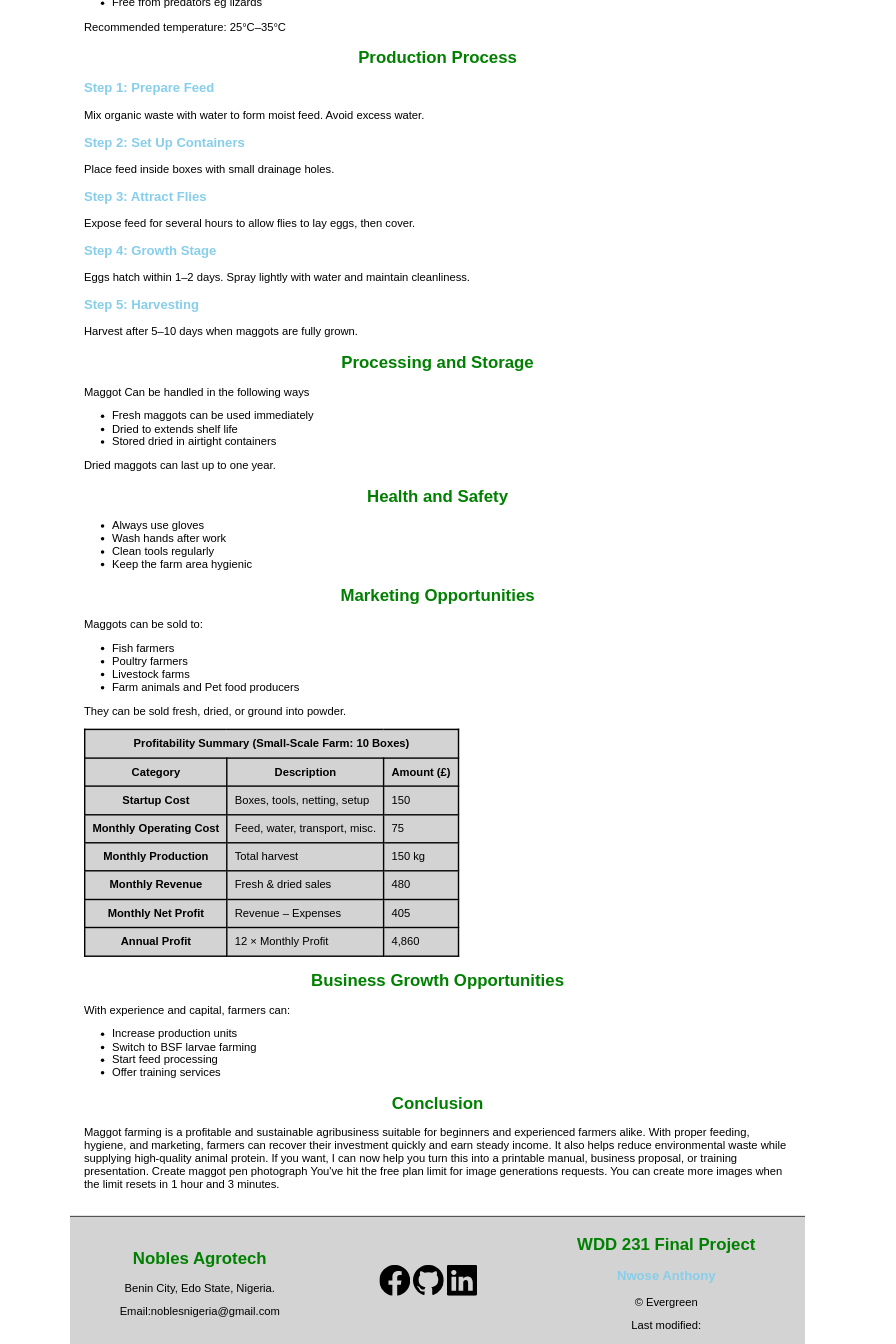
Repository: NoblesNigeria/articles
Page: maggot/index.html
These files come from the project's save history. The page is drawn as it stood at one moment and after the next save; the edit follows.
The browser window is 1280 px wide. The pictures show the part of the page from y = 1620 to 3540 px (the page is 3540 px tall before and 3499 px after), at 70% of full size.

Above is the page before, as saved 2026-02-23 11:39:14.
Console error: TypeError: Cannot read properties of null (reading 'addEventListener')

### maggot/index.html
<!DOCTYPE html>
<html lang="en">
<head>
    <meta charset="UTF-8">
    <meta name="viewport" content="width=device-width, initial-scale=1.0">
    <meta name="description" content="This is the business directory page for the Chamber of Commerce, We connect businesses and foster growth in our community.">
    <meta name="author" content="Nwose Anthony">
    <meta property="og:title" content="Evergreen Chamber of Commerce">
    <meta property="og:description" content="Evergreen Chamber of Commerce - Connecting Businesses, Fostering Growth">
    <meta property="og:image" content=" https://noblesnigeria.github.io/wdd231/chamber/images/image.jpg">
    <meta property="og:url" content=" https://noblesnigeria.github.io/chamber/directory.html">
    <link rel="stylesheet" href="styles/normalize.css">
    <link rel="stylesheet" href="styles/final-small.css">
    <link rel="stylesheet" href="styles/final-medium.css">
    <link rel="stylesheet" href="styles/final-large.css">
    <script src="scripts/final.js" defer></script>
    <link rel="icon" href="favicon.ico">
    <title>Nobles Agricultural Technology</title>
    <link rel="preconnect" href="https://fonts.googleapis.com">
    <link rel="preconnect" href="https://fonts.gstatic.com" crossorigin>
    <link href="https://fonts.googleapis.com/css2?family=Roboto:wght@100..900&display=swap" rel="stylesheet">
</head>
<body>
    <header>
        <img src="images/book.svg" alt="Chamber Logo">
        <span>Nobles Maggot Farm</span>
        <button id="ham-btn" class="hamburger"></button>
    </header>
    <nav id="navigation" class="navigate">
        <ul>
            <li><a href="https://noblesnigeria.github.io/articles/maggot/index.html">projects</a></li>
            <li><a href="https://noblesnigeria.github.io/articles/maggot/farm-galleries.html">Galleries</a></li>
        </ul>
    </nav>
    <main>
        <h1>A Complete Guide to Maggot Farming</h1>
        <h2>Introduction</h2>
        <p>Maggot farming is the practice of breeding fly larvae for use as animal feed, fishing bait, and organic protein supplements. It is widely used in fish and poultry farming because maggots grow fast, require little capital, and provide high nutritional value.

           With proper management, maggot farming can become a reliable source of income for small- and medium-scale farmers.</p>
        <h2>Benefits of Maggot Farming</h2>
        <p>There're lots of benefits in maggot farming.</p>
        <ul>
            <li>Low startup and operating cost</li>
            <li>Fast growth cycle (7–14 days)</li>
            <li>High market demand</li>
            <li>Environmentally friendly waste recycling</li>
            <li>High return on investment</li>
        </ul>
         <table class="nutrient">
            <thead>
                <tr>
                    <th colspan="3" id="clear">
                        Nutrient Composition of Dried Maggots (Per 1 kg)
                    </th>
                </tr>

                <tr id="card">
                    <th>Nutrient</th>
                    <th>Approximated Amount</th>
                    <th>Unit</th>
                </tr>
            </thead>
            <tbody>
                <tr>
                    <th>Energy</th>
                    <td>4,300 - 4,800</td>
                    <td>kcal</td>
                </tr>
                <tr>
                    <th>Crude protein</th>
                    <td>400 - 550</td>
                    <td>g</td>
                </tr>
                <tr>
                    <th>Crude fat</th>
                    <td>250 - 350</td>
                    <td>g</td>
                </tr>
                <tr>
                    <th>Carbohydrate</th>
                    <td>50 - 100</td>
                    <td>g</td>
                </tr>
                <tr>
                    <th>Fibre (chitin)</th>
                    <td>50 - 80</td>
                    <td>g</td>
                </tr>
                <tr>
                    <th>Ash (minerals)</th>
                    <td>40 - 60</td>
                    <td>g</td>
                </tr>
                <tr>
                    <th>Moisture</th>
                    <td>50 - 100</td>
                    <td>g</td>
                </tr>
            </tbody>
        </table>
        <h2>Common Types of Maggots</h2>
        <h3>Housefly Maggots</h3>
        <ul>
            <li>Easy to produce</li>
            <li>Suitable for beginners</li>
            <li>Fast reproduction</li>
        </ul>
        <h3>Black Soldier Fly (BSF) Larvae</h3>
        <ul>
            <li>Higher protein content</li>
            <li>Less odor</li>
            <li>Better for large-scale production</li>
        </ul>
        <p>Beginners are advised to start with housefly maggots.</p>
        <h2>Materials Required</h2>
        <p>To begin maggot farming, you will need:</p>
        <ul>
            <li>Rearing boxes or trays</li>
            <li>Organic waste (fish scraps, bran, poultry drops, blood meal, peels)</li>
            <li>Wire mesh or netting</li>
            <li>Water sprayer</li>
            <li>Gloves and cleaning tools</li>
            <li>Shade cover</li>
        </ul>
        <h2>Site Selection</h2>
        <p>Choose a place that is:</p>
        <ul>
            <li>Well ventilated</li>
            <li>Shaded from direct sunlight</li>
            <li>Away from homes</li>
            <li>Protected from rain</li>
            <li>Free from predators eg lizards</li>
        </ul>
        <p>Recommended temperature: 25°C–35°C</p>
        <h2>Production Process</h2>
        <h3>Step 1: Prepare Feed</h3>
        <p>Mix organic waste with water to form moist feed. Avoid excess water.</p>
        <h3>Step 2: Set Up Containers</h3>
        <p>Place feed inside boxes with small drainage holes.</p>
        <h3>Step 3: Attract Flies</h3>
        <p>Expose feed for several hours to allow flies to lay eggs, then cover.</p>
        <h3>Step 4: Growth Stage</h3>
        <p>Eggs hatch within 1–2 days. Spray lightly with water and maintain cleanliness.</p>
        <h3>Step 5: Harvesting</h3>
        <p>Harvest after 5–10 days when maggots are fully grown.</p>
        <h2>Processing and Storage</h2>
        <p>Maggot Can be handled in the following ways</p>
        <ul>
            <li>Fresh maggots can be used immediately</li>
            <li>Dried to extends shelf life</li>
            <li>Stored dried in airtight containers</li>
        </ul>
        <p>Dried maggots can last up to one year.</p>
        <h2>Health and Safety</h2>
        <ul>
            <li>Always use gloves</li>
            <li>Wash hands after work</li>
            <li>Clean tools regularly</li>
            <li>Keep the farm area hygienic</li>
        </ul>
        <h2>Marketing Opportunities</h2>
        <p>Maggots can be sold to:</p>
        <ul>
            <li>Fish farmers</li>
            <li>Poultry farmers</li>
            <li>Livestock farms</li>
            <li>Farm animals and Pet food producers</li>
        </ul>
        <p>They can be sold fresh, dried, or ground into powder.</p>
        <table class="profitability">
            <thead>
                <tr>
                    <th colspan="3">
                        Profitability Summary (Small-Scale Farm: 10 Boxes)
                    </th>
                </tr>

                <tr>
                    <th>Category</th>
                    <th>Description</th>
                    <th>Amount (£)</th>
                </tr>
            </thead>
            <tbody>
                <tr>
                    <th>Startup Cost</th>
                    <td>Boxes, tools, netting, setup</td>
                    <td>150</td>
                </tr>
                <tr>
                    <th>Monthly Operating Cost</th>
                    <td>Feed, water, transport, misc.</td>
                    <td>75</td>
                </tr>
                <tr>
                    <th>Monthly Production</th>
                    <td>Total harvest</td>
                    <td>150 kg</td>
                </tr>
                <tr>
                    <th>Monthly Revenue</th>
                    <td>Fresh & dried sales</td>
                    <td>480</td>
                </tr>
                <tr>
                    <th>Monthly Net Profit</th>
                    <td>Revenue – Expenses</td>
                    <td>405</td>
                </tr>
                <tr>
                    <th>Annual Profit</th>
                    <td>12 × Monthly Profit</td>
                    <td>4,860</td>
                </tr>
            </tbody>
        </table>

        <h2>Business Growth Opportunities</h2>
        <p>With experience and capital, farmers can:</p>
        <ul>
            <li>Increase production units</li>
            <li>Switch to BSF larvae farming</li>
            <li>Start feed processing</li>
            <li>Offer training services</li>
        </ul>

        <h2>Conclusion</h2>
        <p>Maggot farming is a profitable and sustainable agribusiness suitable for beginners and experienced farmers alike. With proper feeding, hygiene, and marketing, farmers can recover their investment quickly and earn steady income.

            It also helps reduce environmental waste while supplying high-quality animal protein.

            If you want, I can now help you turn this into a printable manual, business proposal, or training presentation.

            Create maggot pen photograph

            You've hit the free plan limit for image generations requests. You can create more images when the limit resets in 1 hour and 3 minutes.
        </p>

    </main>
    <footer>
        <aside class="contact">
            <h2>Nobles Agrotech</h2>
            <p>Benin City, Edo State, Nigeria.</p>
            <p>Email:noblesnigeria@gmail.com</p>
        </aside>
        <aside class="media">
            <a href="https://github.com/NoblesNigeria"><img src="images/facebook.svg" alt="facebook" width="100" height="100"></a>
            <a href="https://github.com/NoblesNigeria"><img src="images/github.svg" alt="Github" width="100" height="100"></a>
            <a href="https://github.com/NoblesNigeria"><img src="images/linkedin.svg" alt="Linkedin" width="100" height="100"></a>
        </aside>
        <aside class="copy-right">
            <h2>WDD 231 Final Project</h2>
            <h3>Nwose Anthony</h3>
            <p>&copy; <span class="current-year"></span> Evergreen</p>
            <p>Last modified: <span class="lastModified"></span></p>
        </aside>
    </footer>
</body>
</html>

### maggot/styles/final-small.css
body{
    display:grid;
    grid-template-columns: auto;
    font-family: Arial, sans-serif;
    padding: 0;
    align-items: center;
}
#card{
    background-color: gray;
}
#clear{
    background-color: lightblue;
}
.profitability{
    background-color: lightgray;
}
h2{
    color:green;
    text-align: center;
}
h3{
    color:skyblue;
}
header{
    display:grid;
    grid-template-columns: 24px auto 44px;
    gap:10px;
    align-items:center;
    background-color: lightgrey;
    text-align: center;
}
header img{
    width:100%;
}
h1{
    color: blue;
    text-align: center;
}
.hamburger{
    border:none;
    cursor:pointer;
    font-size: 32px;
}
.hamburger::before{
    content: "\2630";
    font-size: 32px;
}
.hamburger.show::before{
    content: "\2715";
}
.navigate{
    display:none;
}
.navigate.show{
    display:block;
}
nav ul{
    list-style-type: none;
    display:block;
}
nav a:hover{
    color: purple;
}
.dove{
    color: red;
}
.jump{
    color: green;
}
main{
    padding: 20px;
}
#directory-entries section{
    display: grid;
    grid-template-columns: 1fr;
    grid-template-areas:
    "image"
    "name"
    "description"
    ;
    border: 2px solid blue;
    padding: 30px;
    margin-top: 10px;
}
#directory-entries img{
    grid-area: image;
    width: 350px;
    height: 250px;
}
#directory-entries h2{
    grid-area: name;
}
#directory-entries p{
    grid-area: description;
}
.profitability,th, td {
    border: 2px  solid black;
    padding: 10px;
}
.nutrient{
    border-collapse: collapse;
}
.profitability{
    border-collapse: collapse;
}
#register{
    padding: 10px;
    display:grid;
    background-color: gray;
}
label input{
    display:flex;
    padding: 5px;
}
button:hover{
    background-color: green;
}
#notification{
    padding: 5px;;
    width: 80px;
    margin-top: 5px;
}
#address{
    color: green;
}
footer{
    border-top: 1px solid black;
    padding-top: 5px;
    text-align: center;
    background-color: lightgrey;
}

.media img{
    width:44px;
    height:44px;
}

### maggot/styles/final-medium.css
@media only screen and (min-width: 38rem){
    #directory-entries section{
        display: grid;
        grid-template-columns: 1fr;
        grid-template-areas:
        "image name"
        "image description"
        ;
        border: 2px solid blue;
        padding: 30px;
        margin-top: 10px;
    }
    #directory-entries img{
        width: 350px;
        height: 350px;
    }
    #register{
        width: 400px;
        margin-left: 250px;
    }

}

### maggot/styles/final-large.css
@media only screen and (min-width: 50rem) {
    body{
        width: 1050px;
        margin-left: 100px;
    }
    header{
        grid-template-columns: 24px auto;
        font-size: 42px;
        padding: 15px;
    }
    #navigation{
        display:block;
        padding: 5px;
    }
    .hamburger{
        display:none;
    }
    .navigate ul{
        display:flex;
        flex-direction: row;
        gap: 15px;
    }
    footer{
        display: grid;
        grid-template-columns: auto auto auto;
        align-items: center;
    }
    .contact{
        grid-column: 1;
    }
    .media{
        grid-column: 2;
        justify-content: center;
    }
    .copy-right{
        grid-column: 3;
    }
    #directory-entries{
        display: grid;
        grid-template-columns: 1fr 1fr;
    }
    #directory-entries p{
        padding: 10px;
    }
}

### maggot/scripts/final.js

const details = './data/final.json';
const cards = document.querySelector('#directory-entries');

let allGallery = [];

// Wait for DOM to load
document.addEventListener('DOMContentLoaded', () => {
    getDetails();
});

// Fetch data
async function getDetails() {
    try {
        const response = await fetch(details);

        // Check if request was successful
        if (!response.ok) {
            throw new Error(`HTTP error! Status: ${response.status}`);
        }

        const data = await response.json();

        // Make sure gallery exists
        if (!data.gallery || !Array.isArray(data.gallery)) {
            throw new Error('Invalid JSON format: "gallery" not found');
        }

        allGallery = data.gallery;

        displayDetails(allGallery);

    } catch (error) {
        console.error('Error loading gallery:', error);
        cards.innerHTML = '<p>Failed to load gallery data.</p>';
    }
}

// Display members
function displayDetails(gallery) {
    cards.innerHTML = ''; // Clear cards

    gallery.forEach(member => {
        const card = document.createElement('section');
        card.classList.add('member-card');

        const h2 = document.createElement('h2');
        h2.textContent = member.name || 'No Name';

        const img = document.createElement('img');
        img.src = member.image || 'images/placeholder.jpg';
        img.alt = member.name || 'Gallery image';
        img.loading = 'lazy';

        const description = document.createElement('p');
        description.textContent = member.description

        card.append(h2, img, description);
        cards.appendChild(card);
    });
}

const ham = document.querySelector('#ham-btn');
const nav = document.querySelector('#navigation');
ham.addEventListener('click', () => {
    nav.classList.toggle('show');
    ham.classList.toggle('show');
});



const notify= document.getElementById('notification');
const inform= document.getElementById('info');
const signUp= document.getElementById('sign-up');

notify.addEventListener("click", () => {
    inform.showModal();
});

signUp.addEventListener("click", () => {
    inform.close();
});

### maggot/data/final.json
{
  "gallery": [
    {
      "name": "maggot-pen1",
      "description": "A commercial maggot pen designed for large-scale production, featuring multiple compartments for different stages of maggot development and easy access for harvesting.",
      "image": "images/modern-maggot-pen1.webp"
    },
    {
      "name": "maggot-pen2",
      "description": "A modern maggot pen designed for efficient breeding and harvesting of maggots, featuring a controlled environment to optimize growth and minimize odors.",
      "image": "images/modern-maggot-pen2.webp"
    },
    {
      "name": "maggot-pen3",
      "description": "A traditional maggot pen that incorporates sustainable materials and advanced ventilation systems to enhance the breeding process.",
      "image": "images/maggot-pen3.webp"
    },
    {
      "name": "Adult maggot",
      "description": "A full developed maggot, from a grow out tray, ready for processing.",
      "image": "images/maggot1.webp"
    },
    {
      "name": "Grown maggot",
      "description": "Harvesting maggot from a grow out tray.",
      "image": "images/maggot2.webp"
    },
    {
      "name": "Maggot Harvesting",
      "description": "Harvesting maggot in a grow out tray.",
      "image": "images/maggot8.webp"
    },
    {
      "name": "Maggot substrate",
      "description": "A composed substrate that serves as food for larva. Use cheap substrate such as poultry drops.",
      "image": "images/maggot7.webp"
    },
    {
      "name": "Powdered Maggot",
      "description": "A powdered maggot product, fully processed for animal concentrate and feed production.",
      "image": "images/maggot5.webp"
    },
    {
      "name": "Modern drying facility",
      "description": "A modern maggot drying facility for industrial and commercial maggot production.",
      "image": "images/maggot-modern-processing.webp"
    },
    {
      "name": "Traditional processing",
      "description": "A local processing facility using economical and low-cost processing techniques.",
      "image": "images/maggot-local-processing2.webp"
    }
  ]
}

Loaded but not shown: maggot/styles/normalize.css (library)

After the next save:
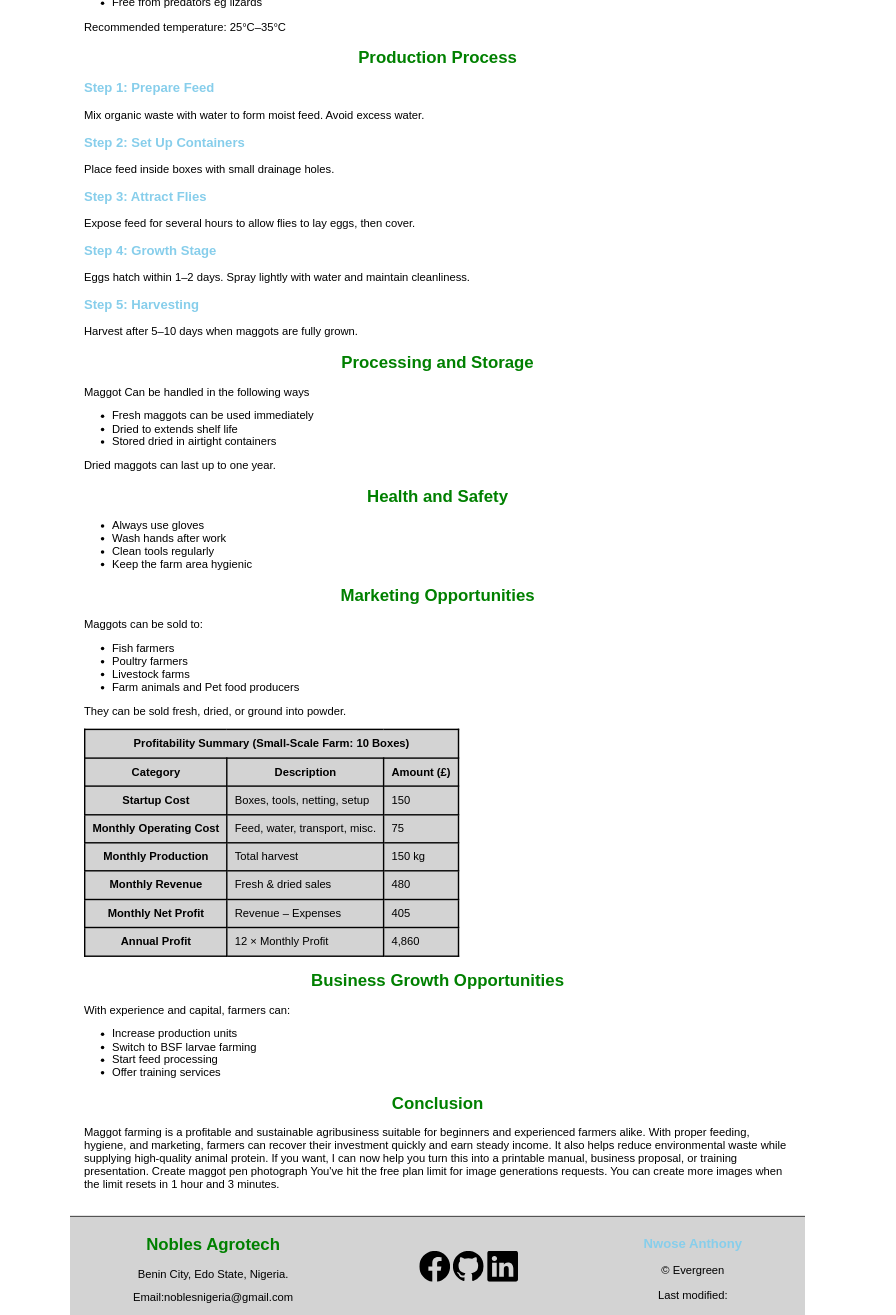
Saved 17 s later.
--- a/maggot/index.html
+++ b/maggot/index.html
@@ -250,7 +250,6 @@
             <a href="https://github.com/NoblesNigeria"><img src="images/linkedin.svg" alt="Linkedin" width="100" height="100"></a>
         </aside>
         <aside class="copy-right">
-            <h2>WDD 231 Final Project</h2>
             <h3>Nwose Anthony</h3>
             <p>&copy; <span class="current-year"></span> Evergreen</p>
             <p>Last modified: <span class="lastModified"></span></p>
